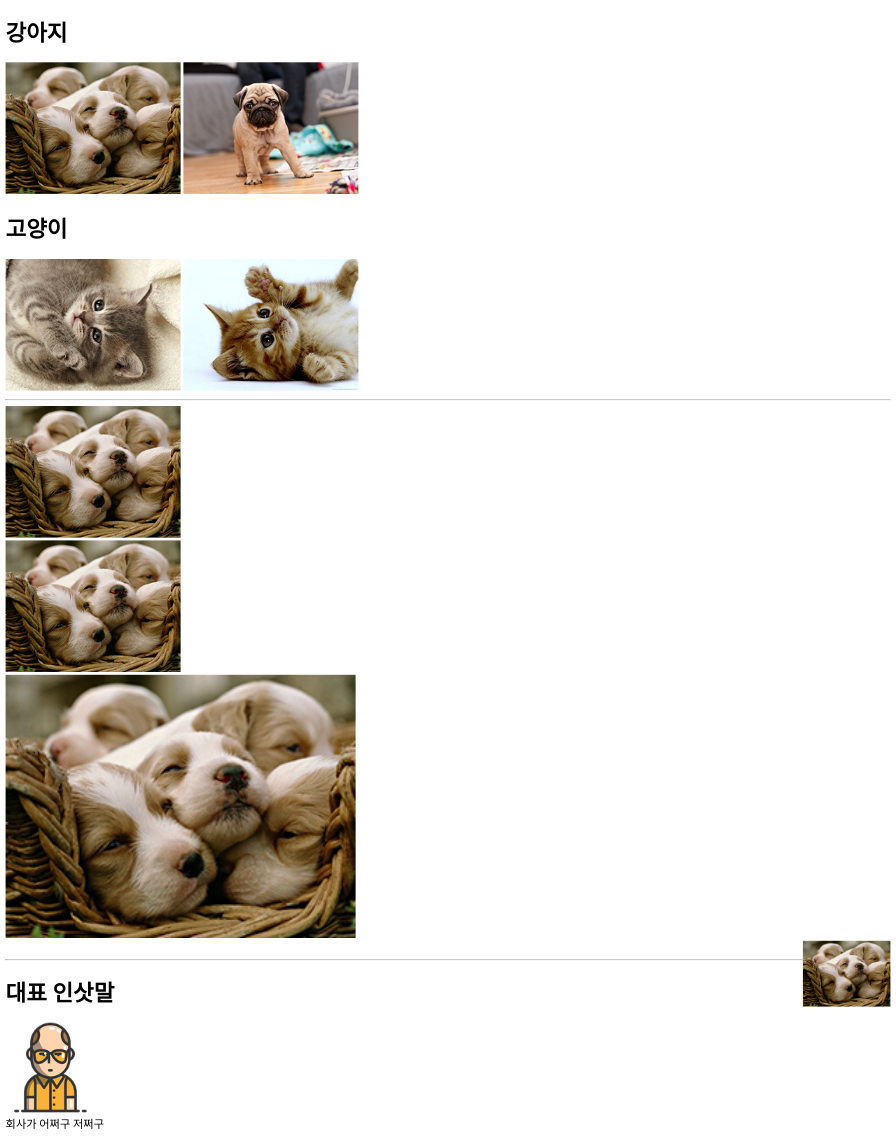
Repository: kmd192kmd/Web
Page: html/HtmlTest/src/main/webapp/ex12_image.html
These files come from the project's save history. The page is drawn as it stood at one moment and after the next save; the edit follows.
The browser window is 1280 px wide. The pictures show the whole page, at 70% of full size.

Above is the page before, as saved 2026-02-13 03:45:17.

After the next save:
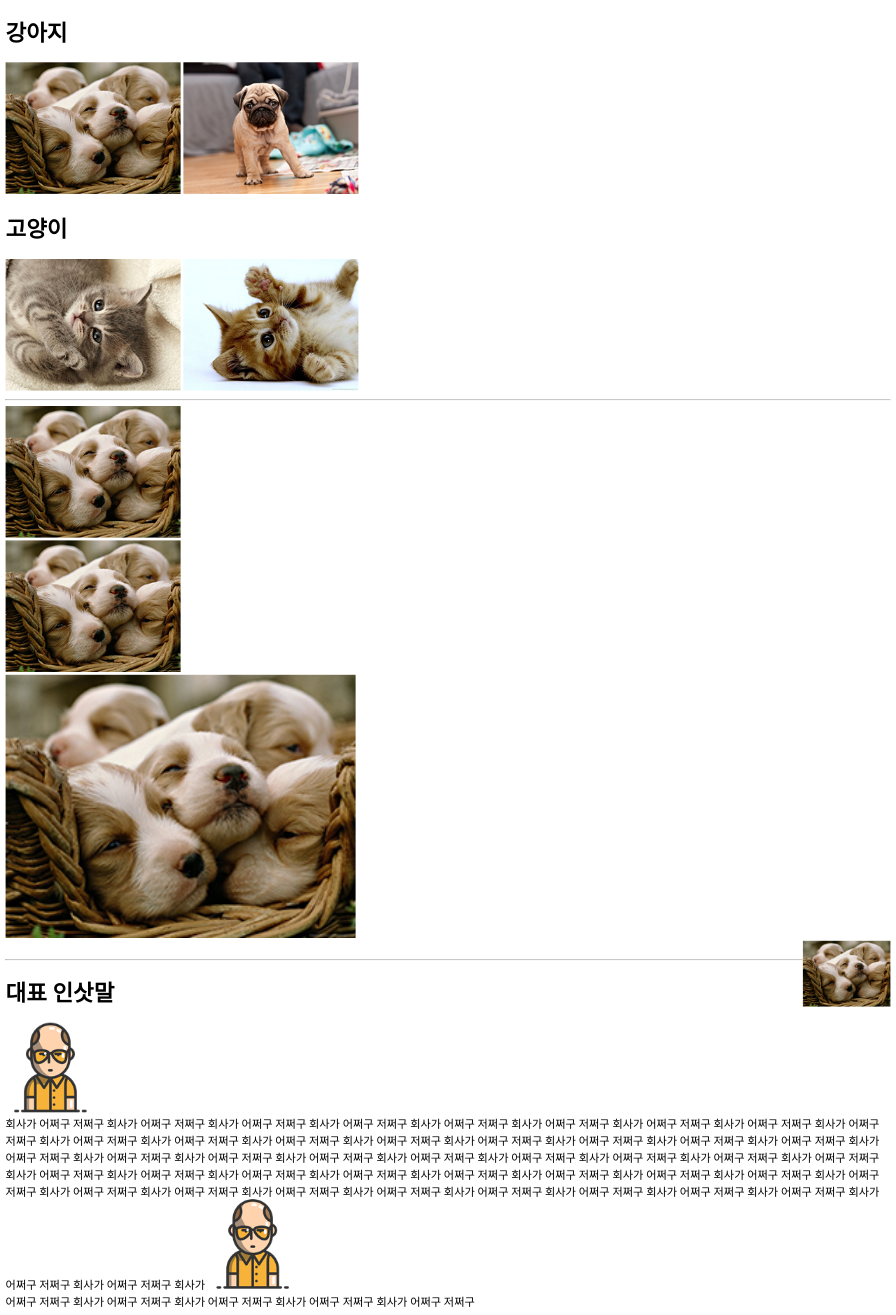
Saved 34 s later.
--- a/html/HtmlTest/src/main/webapp/ex12_image.html
+++ b/html/HtmlTest/src/main/webapp/ex12_image.html
@@ -47,7 +47,13 @@
 	 <h1>대표 인삿말</h1>
 	 <div>
 	  <img src="images/man_01.png"><br>
-	 회사가 어쩌구 저쩌구
+	 회사가 어쩌구 저쩌구 회사가 어쩌구 저쩌구 회사가 어쩌구 저쩌구 회사가 어쩌구 저쩌구 회사가 어쩌구 저쩌구 회사가 어쩌구 저쩌구 회사가 어쩌구 저쩌구 회사가 어쩌구 저쩌구 회사가 어쩌구 저쩌구 회사가 어쩌구 저쩌구
+	 회사가 어쩌구 저쩌구 회사가 어쩌구 저쩌구 회사가 어쩌구 저쩌구 회사가 어쩌구 저쩌구 회사가 어쩌구 저쩌구 회사가 어쩌구 저쩌구 회사가 어쩌구 저쩌구 회사가 어쩌구 저쩌구 회사가 어쩌구 저쩌구 회사가 어쩌구 저쩌구
+	 회사가 어쩌구 저쩌구 회사가 어쩌구 저쩌구 회사가 어쩌구 저쩌구 회사가 어쩌구 저쩌구 회사가 어쩌구 저쩌구 회사가 어쩌구 저쩌구 회사가 어쩌구 저쩌구 회사가 어쩌구 저쩌구 회사가 어쩌구 저쩌구 회사가 어쩌구 저쩌구
+	 회사가 어쩌구 저쩌구 회사가 어쩌구 저쩌구 회사가 어쩌구 저쩌구 회사가 어쩌구 저쩌구 회사가 어쩌구 저쩌구 회사가 어쩌구 저쩌구 회사가 어쩌구 저쩌구 회사가 어쩌구 저쩌구 회사가 어쩌구 저쩌구 회사가 어쩌구 저쩌구
+	 회사가 어쩌구 저쩌구 회사가 어쩌구 저쩌구 회사가 어쩌구 저쩌구 회사가 어쩌구 저쩌구 회사가 어쩌구 저쩌구 회사가 <img src="images/man_01.png"><br>어쩌구 저쩌구 회사가 어쩌구 저쩌구 회사가 어쩌구 저쩌구
+	 회사가 어쩌구 저쩌구 회사가 어쩌구 저쩌구
+
 	 </div>
 
 </body>
